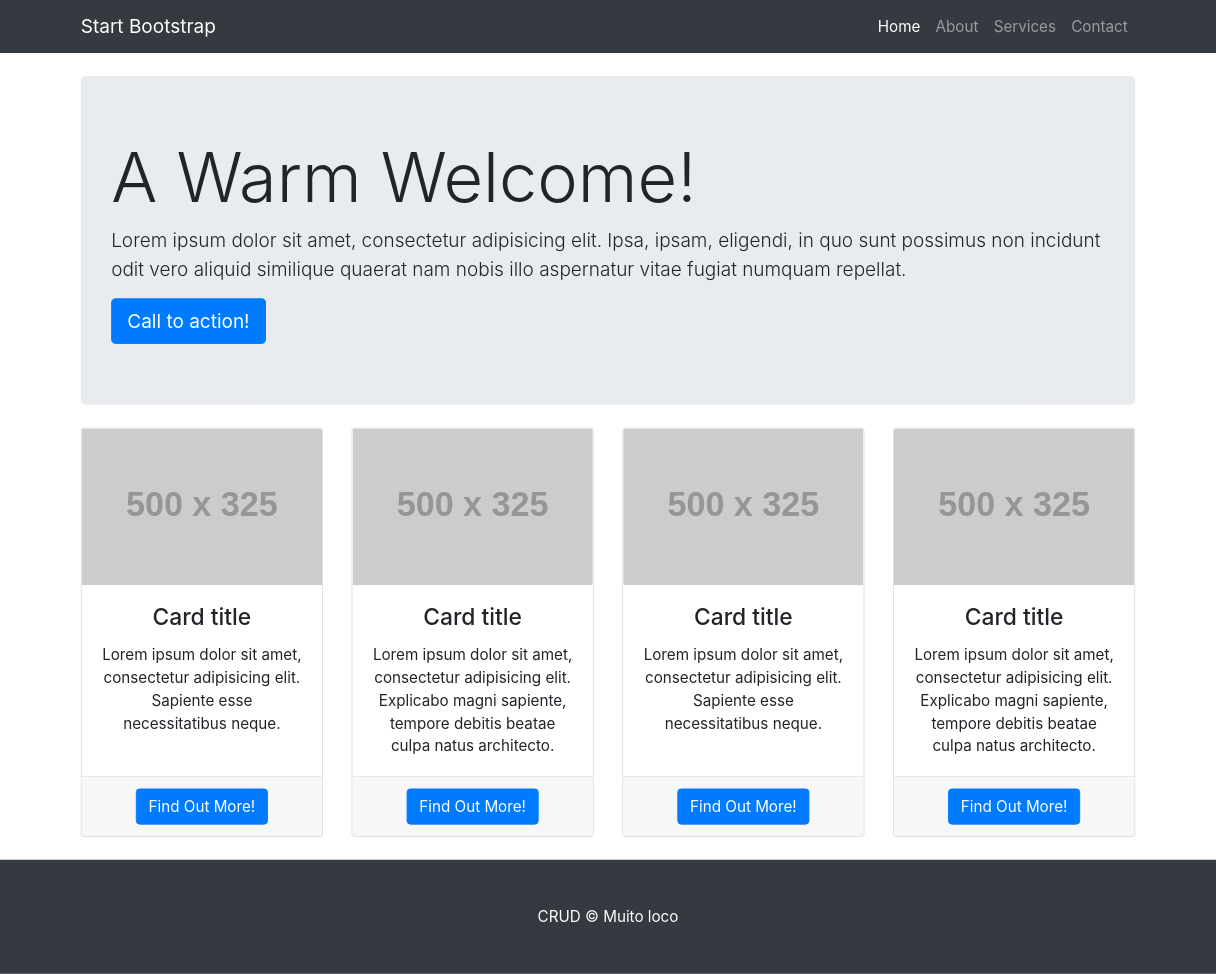
Repository: LucasMontalvao/PHPDACS2020
Page: projeto/site/index.html
The author's editor kept a record of every edit. The page is drawn from the files as they stood at one moment, then again after the next edit.
The browser window is 1280 px wide. The pictures show the whole page, at 95% of full size.

Above is the page before.

After the next edit:
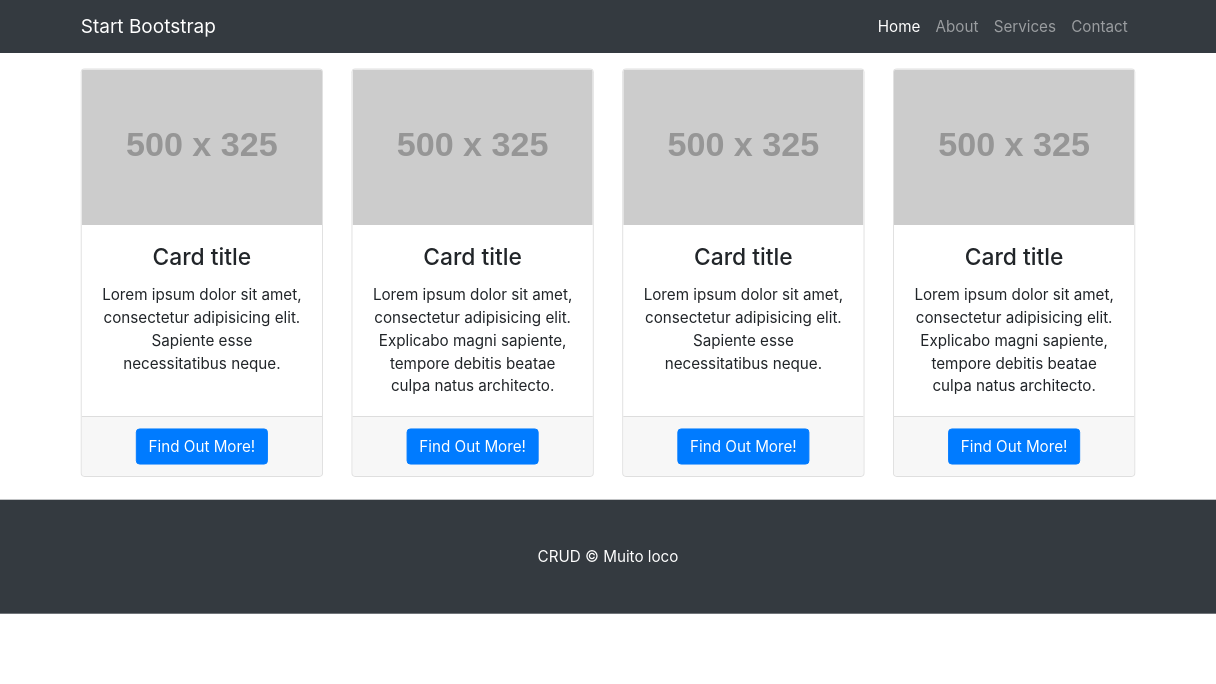
The edit:
--- a/projeto/site/index.html
+++ b/projeto/site/index.html
@@ -50,14 +50,7 @@
 
   <!-- Page Content -->
   <div class="container">
-
-    <!-- Jumbotron Header -->
-    <header class="jumbotron my-4">
-      <h1 class="display-3">A Warm Welcome!</h1>
-      <p class="lead">Lorem ipsum dolor sit amet, consectetur adipisicing elit. Ipsa, ipsam, eligendi, in quo sunt possimus non incidunt odit vero aliquid similique quaerat nam nobis illo aspernatur vitae fugiat numquam repellat.</p>
-      <a href="#" class="btn btn-primary btn-lg">Call to action!</a>
-    </header>
-
+  <p></p>
     <!-- Page Features -->
     <div class="row text-center">
 
